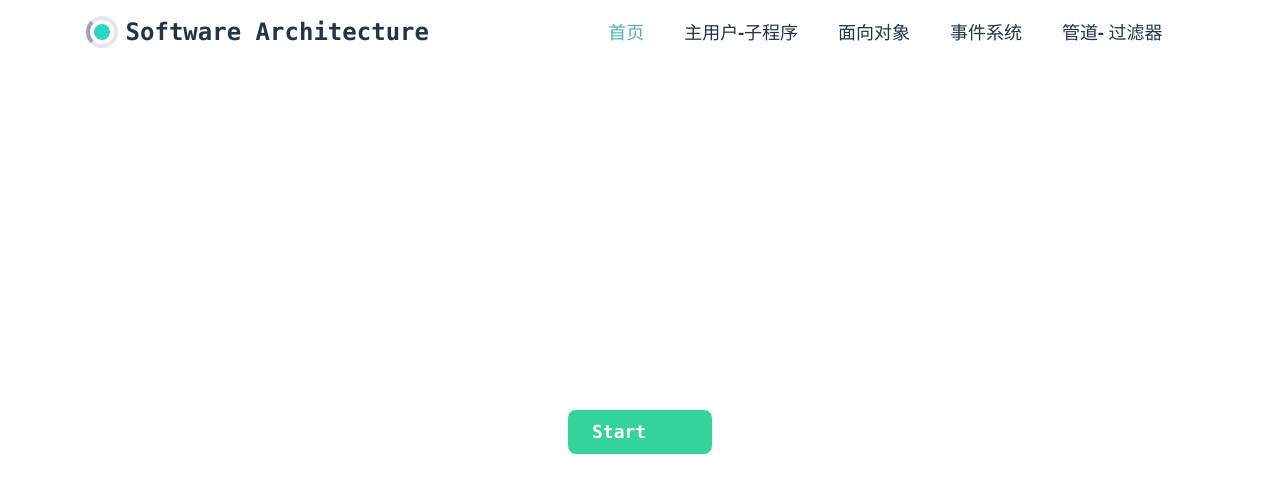
Repository: MarchRory/software_architecture_lab2
Page: / (app in lab2/)
These files come from the project's save history. The page is drawn as it stood at one moment and after a run of saves; the edit follows.
The browser window is 1280 px wide. The pictures show the whole page.
The project was rebuilt for these pictures with package versions that can differ from the ones it lists, and the page was loaded fresh each time. Also part of the build but not shown: lab2/vite.config.ts. Imported but missing from the stored project, and not drawn on this page: lab2/src/views/OOP/index.vue, lab2/src/views/PipFilter/index.vue, lab2/src/views/eventsSys/index.vue, lab2/src/views/mainChild/index.vue.

Above is the page before, as saved 2023-11-16 14:50:47.

After the next 2 saves:
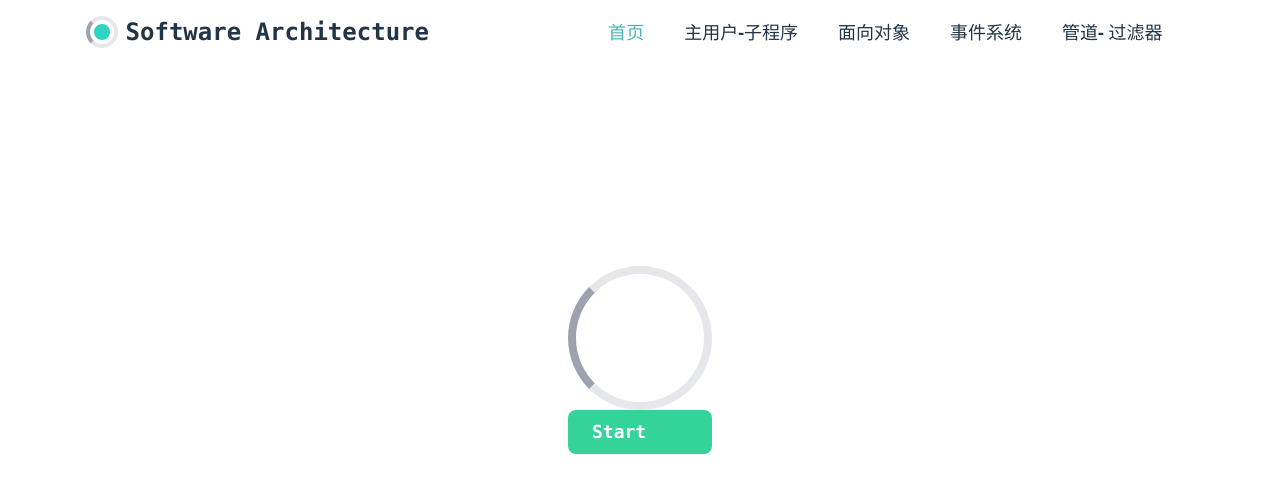
The 2 saves are shown as one change because they came seconds apart.
The last was saved 7 s later.
--- a/lab2/src/views/hello/index.vue
+++ b/lab2/src/views/hello/index.vue
@@ -13,9 +13,7 @@
 		style="position: absolute; left: 50%; top: 50%; transform: translate(-50%, -50%)"
 		class="flex flex-col justify-around"
 	>
-		<div
-			class="flex items-center justify-center rounded-full border-116 w-36 h-36 border-l-gray-400"
-		>
+		<div class="flex items-center justify-center border-8 rounded-full w-36 h-36 border-l-gray-400">
 			<div class=""></div>
 		</div>
 		<div
